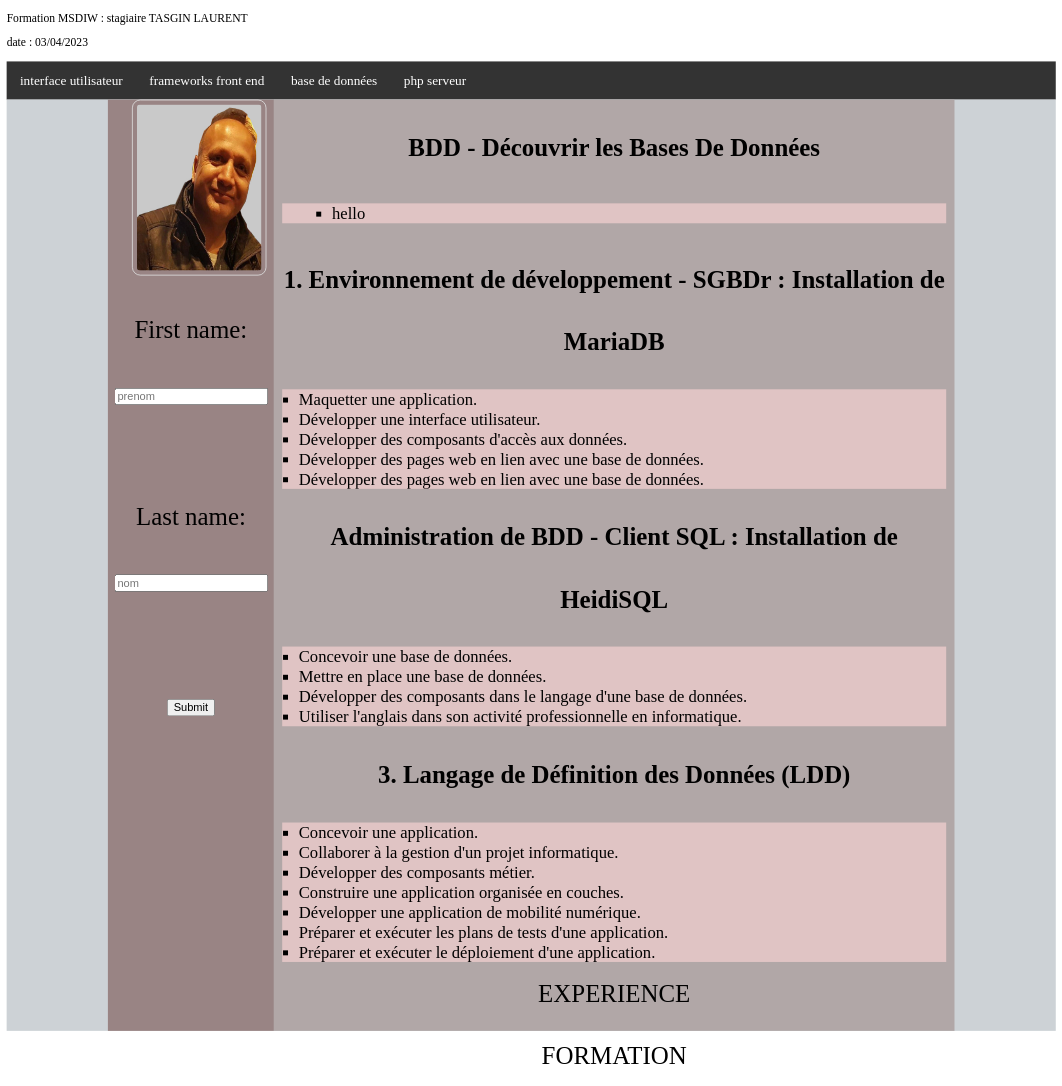
Repository: laurentbul/ApplicationEssai
Page: exercice/ex1/stagiaire_laurent/BACK/BDD/SQL/bdd1_alimenter.html
An editor plug-in stored every save of this project. The page is shown before and after the next save, followed by the edit.
The browser window is 1280 px wide. The pictures show the whole page, at 83% of full size.

Above is the page before, as saved 2023-04-06 05:47:00.

### exercice/ex1/stagiaire_laurent/BACK/BDD/SQL/bdd1_alimenter.html
<!DOCTYPE html>
<html lang="en">

<head>
  <meta charset="UTF-8">
  <meta http-equiv="X-UA-Compatible" content="IE=edge">
  <meta name="viewport" content="width=device-width, initial-scale=1.0">
  <link rel="icon" type="image/x-icon" sizes="30x30" href="../IMG/img.jpeg">
  <link rel="stylesheet" href="/FRONT/STATIQUE/CSS/msdiw.css">
  <title>Document</title>
  <style>
  </style>
</head>
</head>

<body>
  <p>Formation MSDIW : stagiaire TASGIN LAURENT</p>
  <p>date : 03/04/2023</p>
  <ul>
    <li><a href="./interface_utilisateur.html">interface utilisateur</a></li>
    <li><a href="./interface_utilisateur.html">frameworks front end</a></li>
    <li><a href="./interface_utilisateur.html">base de données</a></li>
    <li><a href="./interface_utilisateur.html">php serveur</a></li>
  </ul>
  <!-- <div>
        <input type="color" id="head" name="head" value="blue">
        <label for="head">Head</label>
    </div> -->
  <div class="flex-container">
    <div class="div_gauche">
      <img src="../IMG/img.jpeg" alt="photo d'identité" width="200" height="200">
      <form action="/action_page.php">
        <label for="fname">First name:</label>
        <input type="text" id="fname" name="fname" placeholder="prenom"><br><br>
        <label for="lname">Last name:</label>
        <input type="text" id="lname" name="lname" placeholder="nom"><br><br>
        <input type="submit" value="Submit">
      </form>
    </div>
    <div class="div_droite">
      <div>
        <h1>BDD - Découvrir les Bases De Données</h1>
        <ol class="paragraphe"><li class="competence" >hello</li></ol>
        <h1 class="titre">1. Environnement de développement - SGBDr : Installation de MariaDB</h1>
        <ul class="paragraphe" >
          <li class="competence"> Maquetter une application.</li>
          <li class="competence"> Développer une interface utilisateur.</li>
          <li class="competence"> Développer des composants d'accès aux données.</li>
          <li class="competence"> Développer des pages web en lien avec une base de données.</li>
          <li class="competence"> Développer des pages web en lien avec une base de données.</li>
        </ul>
        <h1 class="titre">Administration de BDD - Client SQL : Installation de HeidiSQL</h1>
        <ul class="paragraphe" >
          <li class="competence">Concevoir une base de données.</li>
          <li class="competence">Mettre en place une base de données.</li>
          <li class="competence">Développer des composants dans le langage d'une base de données.</li>
          <li class="competence"> Utiliser l'anglais dans son activité professionnelle en informatique.</li>
        </ul>
        <h1 class="titre">3. Langage de Définition des Données (LDD)</h1>
        <ul class="paragraphe">
          <li class="competence"> Concevoir une application.</li>
          <li class="competence"> Collaborer à la gestion d'un projet informatique.</li>
          <li class="competence"> Développer des composants métier.</li>
          <li class="competence"> Construire une application organisée en couches.</li>
          <li class="competence"> Développer une application de mobilité numérique.</li>
          <li class="competence"> Préparer et exécuter les plans de tests d'une application.</li>
          <li class="competence"> Préparer et exécuter le déploiement d'une application.</li>
        </ul>
      </div>
      <div>EXPERIENCE</div>
      <div>FORMATION</div>
    </div>
</body>

</html>

### exercice/ex1/stagiaire_laurent/FRONT/STATIQUE/CSS/msdiw.css
.corps{
    background-color: rgb(201, 149, 71);
    width:900px;
    border: 1px;
  margin-top: 10px;
  margin-left: auto;
  margin-right: auto;
  padding:50px;
}
.paragraphe{
    background-color: #e0c4c4;
    line-height:80%;
    list-style-type:square;
}
.competence{
    font-size: 20px;
    margin-left: 20px;
    float:none;
    text-align:left;
}


h1 {
    font-size: 30px;
  }

  h2 {
    font-size: 30px;
  }

  p {
    font-size: 14px;
  }

.flex-container {
    display: flex;
    flex-direction: row;
    background-color: rgb(205, 210, 214);
  }

  .flex-container > div {

    text-align: center;
    line-height: 75px;
    font-size: 30px;
  }

  .div_gauche{
    background-color: #998484;
    width: 200px;
    margin-left: auto;
    height: 1122px; ;
  }
  .div_droite{
    background-color: #b1a7a7;
    width: 800px;
    height: 1122px;
    margin-right: auto;
    padding-left: 10px;
    padding-right: 10px;
  }

ul {
    list-style-type: none;
    margin: 0;
    padding: 0;
    overflow: hidden;
    background-color: #333;
}

li {
    float: left;
}

li a {
    display: block;
    color: white;
    text-align: center;
    padding: 14px 16px;
    text-decoration: none;
}

li a:hover {
    background-color: #111;
}

.meta{
    /* background-color: rgb(168, 161, 166); */
    width: 900px;
}
.title{
    /* background-color: rgb(221, 219, 214); */
    width: 600px;
}
.utf8{
    /* background-color: rgb(198, 204, 207); */
    width: 600px;
}
.image{
    /* background-color: rgb(198, 204, 207); */
    width: 600px;
}
.css{
    /* background-color: rgb(198, 204, 207); */
    width: 600px;
}
img {
    border: 1px solid #ddd;
    border-radius: 10px;
    padding: 5px;
    width: 150px;
    margin-left: 20px;

  }

After the next save:
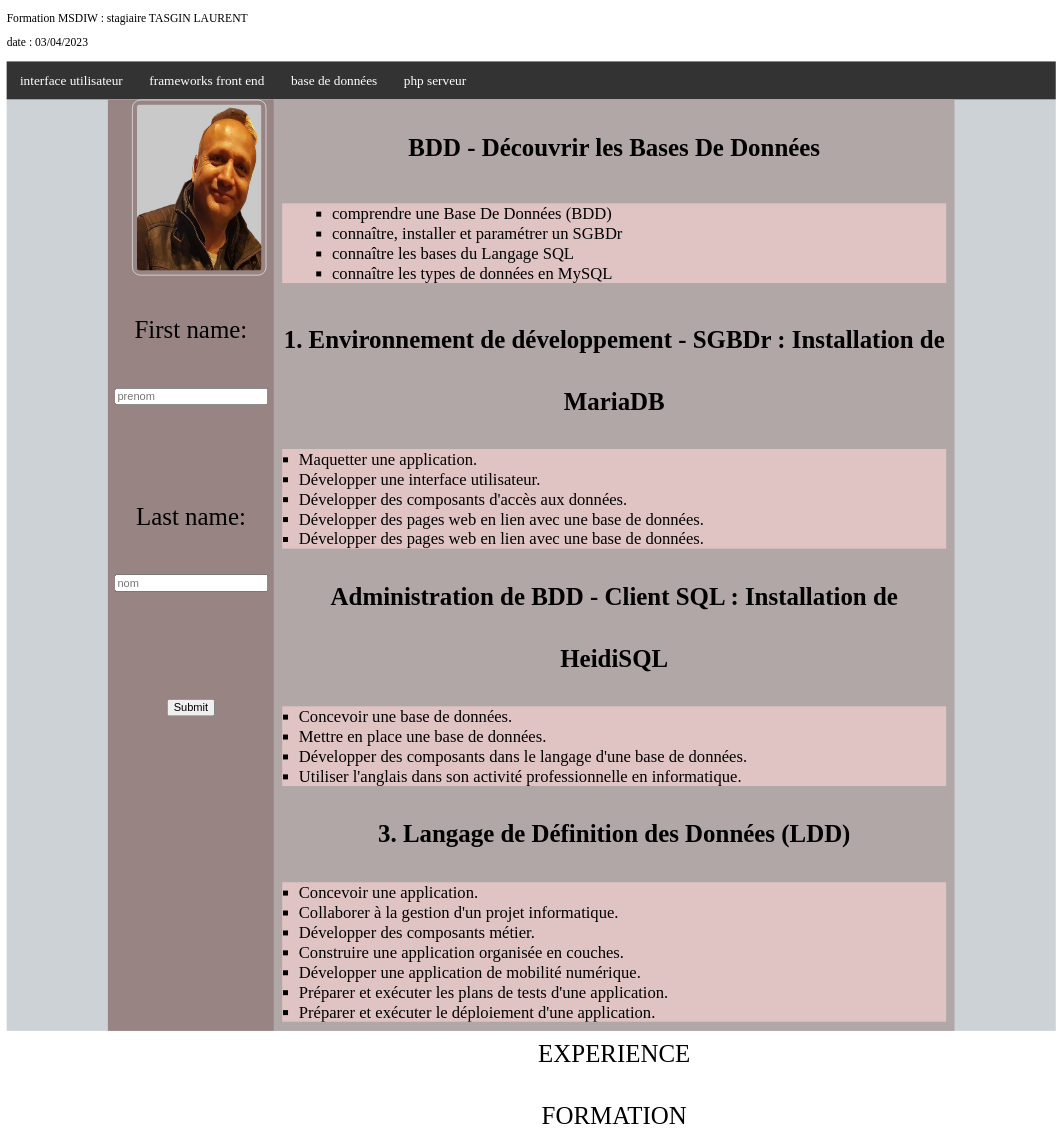
Saved 3 min 43 s later.
--- a/exercice/ex1/stagiaire_laurent/BACK/BDD/SQL/bdd1_alimenter.html
+++ b/exercice/ex1/stagiaire_laurent/BACK/BDD/SQL/bdd1_alimenter.html
@@ -40,7 +40,15 @@
     <div class="div_droite">
       <div>
         <h1>BDD - Découvrir les Bases De Données</h1>
-        <ol class="paragraphe"><li class="competence" >hello</li></ol>
+        <ol class="paragraphe">
+            <li class="competence" >comprendre une Base De Données (BDD)</li>
+            <li class="competence" >connaître, installer et paramétrer un SGBDr</li>
+            <li class="competence" >connaître les bases du Langage  SQL</li>
+            <li class="competence" >connaître les types de données  en MySQL</li>
+        </ol>
+
+
+
         <h1 class="titre">1. Environnement de développement - SGBDr : Installation de MariaDB</h1>
         <ul class="paragraphe" >
           <li class="competence"> Maquetter une application.</li>
